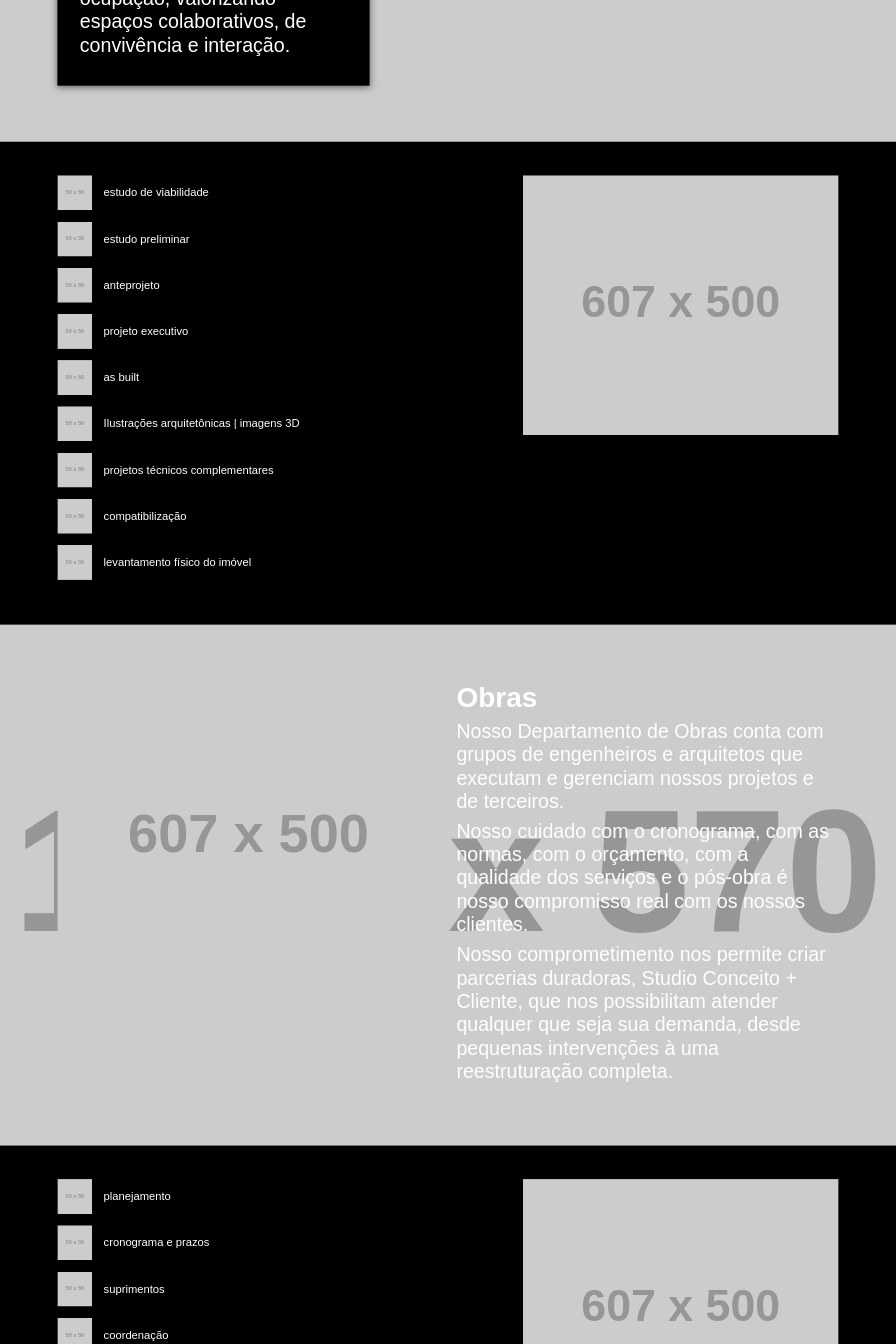
Repository: Upstairs-Agencia/studio-conceito-react
Page: /servicos
An editor plug-in stored every save of this project. The page is shown before and after the next save, followed by the edit.
The browser window is 1280 px wide. The pictures show the part of the page from y = 1659 to 3579 px (the page is 4241 px tall), at 70% of full size.
The project was rebuilt for these pictures with package versions that can differ from the ones it lists, and the page was loaded fresh each time. Also part of the build but not shown: src/pages/Home.js, src/styles/quemsomos.css, src/pages/QuemSomos.js, src/styles/cases.css, src/pages/Cases.js, src/pages/Blog.js, src/pages/Clientes.js, src/pages/Contato.js.

Above is the page before, as saved 2024-12-29 21:14:12.

After the next save:
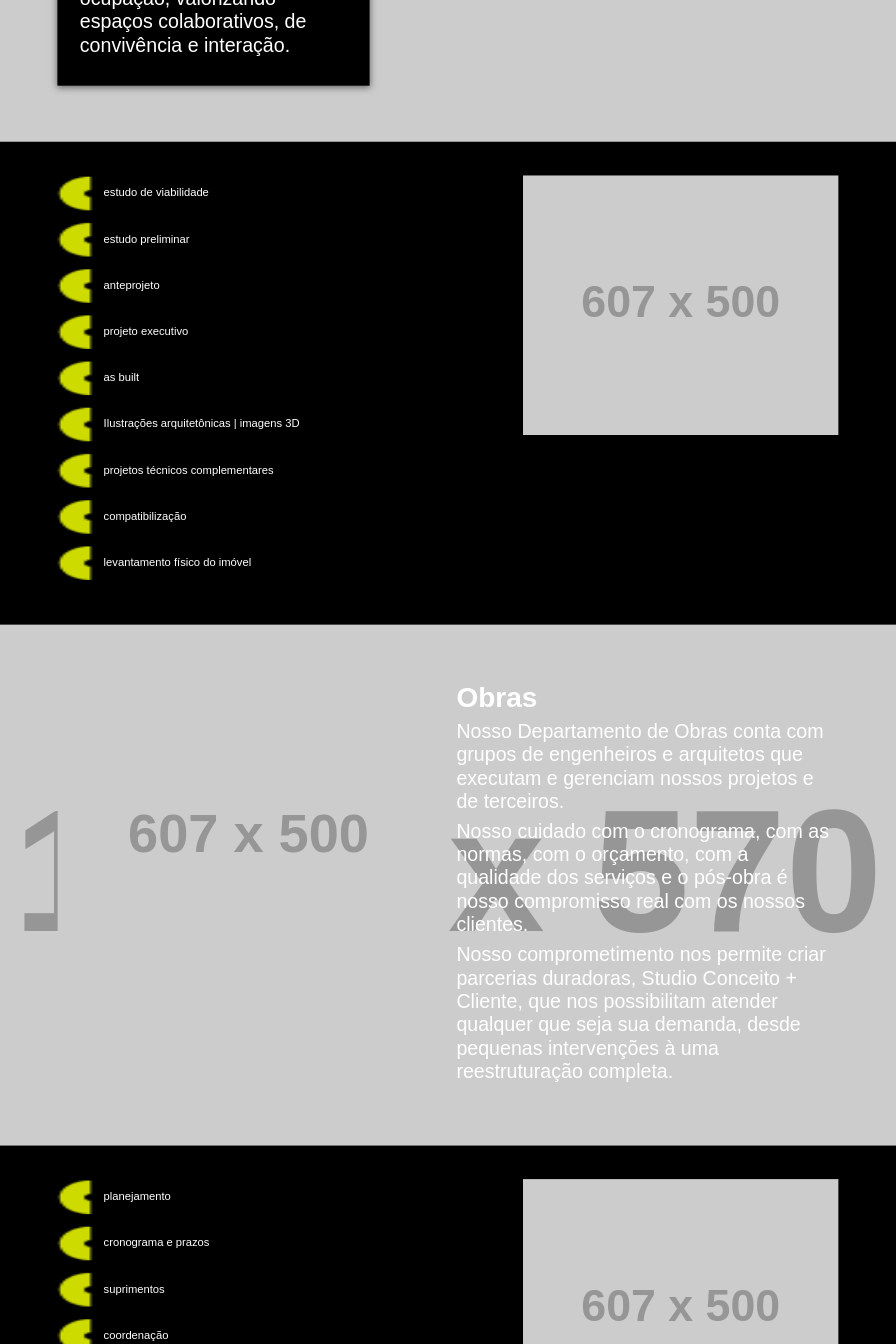
Saved 2 min 56 s later.
--- a/src/pages/Servicos.js
+++ b/src/pages/Servicos.js
@@ -5,7 +5,7 @@ import Footer from '../components/footer';
 
 const placeholderImage1 = 'https://placehold.co/607x500'; // Imagem ao lado do texto
 const placeholderImage2 = 'https://placehold.co/1920x570'; // Imagem de fundo
-const placeholderTopicImage = 'https://placehold.co/50x50'; // Placeholder para os ícones
+
 
 import icon from "../images/servicosImg/icontopico.png"
 
@@ -111,7 +111,7 @@ const Servicos = () => {
                 ].map((item, index) => (
                   <li key={index} className="d-flex align-items-center mb-3">
                     <img
-                      src={placeholderTopicImage}
+                      src={icon}
                       alt="Ícone"
                       className="me-3"
                       style={{ width: '50px', height: '50px' }}
@@ -189,7 +189,7 @@ const Servicos = () => {
                 ].map((item, index) => (
                   <li key={index} className="d-flex align-items-center mb-3">
                     <img
-                      src={placeholderTopicImage}
+                      src={icon}
                       alt="Ícone"
                       className="me-3"
                       style={{ width: '50px', height: '50px' }}
